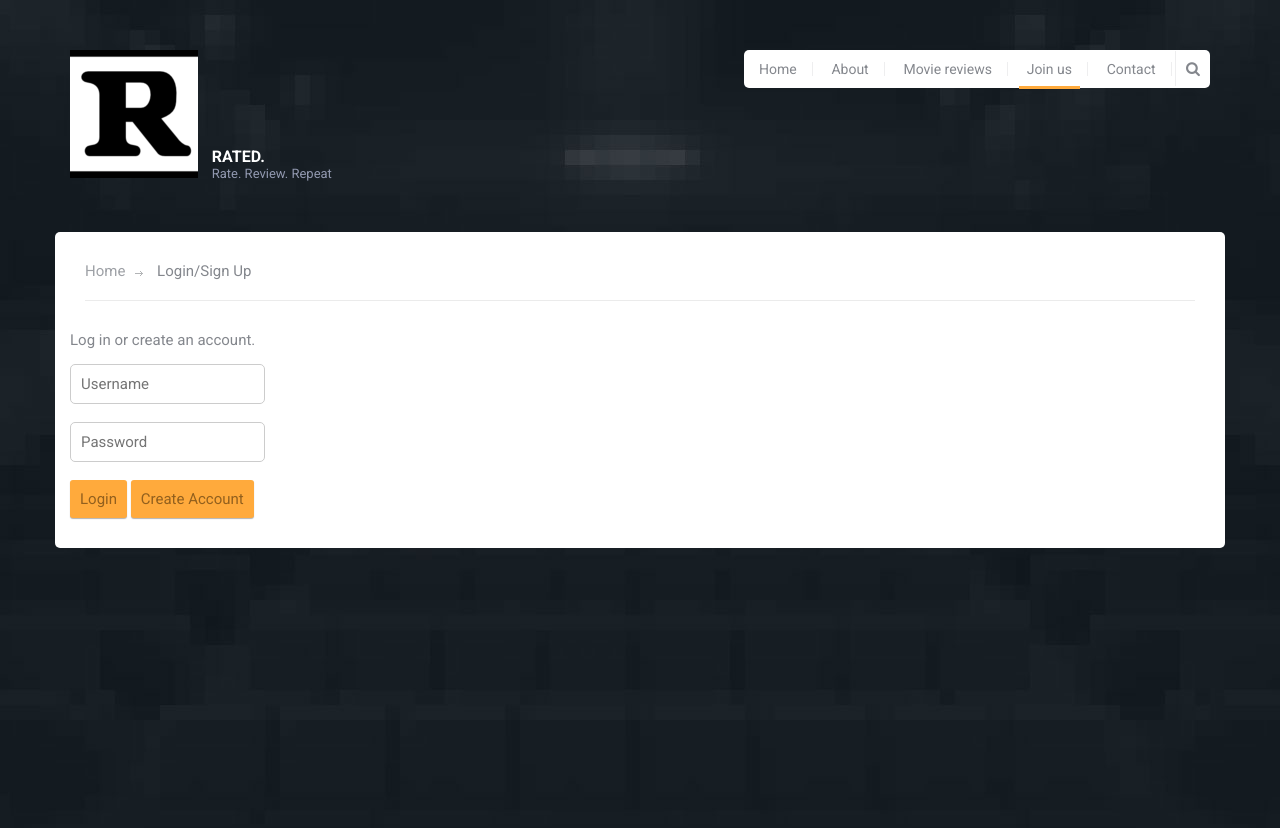
Repository: berliarishabh/CSCI-5448
Page: http://localhost/MovieRatingSystem/joinus.jsp
The author's editor kept a copy of each file at every save. The page is drawn from the files as they stood at one save, then again after the next save.
The browser window is 1280 px wide. The pictures show the whole page.
The page is served by Tomcat 9. Nobody is signed in. The application's start-up code is not run. Other server files are loaded and not shown.

Above is the page before, as saved 2017-04-29 21:46:51.

### MovieRatingSystem/src/main/webapp/joinus.jsp
<%@ page language="java" contentType="text/html; charset=UTF-8" pageEncoding="UTF-8"%>
<%@page isELIgnored="false" %>
<!DOCTYPE html PUBLIC "-//W3C//DTD HTML 4.01 Transitional//EN" "http://www.w3.org/TR/html4/loose.dtd">
<html lang="en">
	<head>
		<meta charset="UTF-8">
		<meta http-equiv="X-UA-Compatible" content="IE=edge">
		<meta name="viewport" content="width=device-width, initial-scale=1.0,maximum-scale=1">

		<title>Movie Review | Join Us</title>

		<!-- Loading third party fonts -->
		<link href="http://fonts.googleapis.com/css?family=Roboto:300,400,700|" rel="stylesheet" type="text/css">
		<link href="fonts/font-awesome.min.css" rel="stylesheet" type="text/css">

		<!-- Loading main css file -->
		<link rel="stylesheet" href="style.css">

		<!--[if lt IE 9]>
		<script src="js/ie-support/html5.js"></script>
		<script src="js/ie-support/respond.js"></script>
		<![endif]-->

	</head>


	<body>


		<div id="site-content">
			<header class="site-header">
				<div class="container">
					<a href="index.html" id="branding">
						<img src="images/logo.png" alt="" class="logo">
						<div class="logo-copy">
							<h1 class="site-title">Rated.</h1>
							<small class="site-description">Rate. Review. Repeat</small>
						</div>
					</a> <!-- #branding -->

					<div class="main-navigation">
						<button type="button" class="menu-toggle"><i class="fa fa-bars"></i></button>
						<ul class="menu">
							<li class="menu-item"><a href="index.html">Home</a></li>
							<li class="menu-item"><a href="about.html">About</a></li>
							<li class="menu-item"><a href="review.html">Movie reviews</a></li>
							<li class="menu-item current-menu-item"><a href="joinus.html">Join us</a></li>
							<li class="menu-item"><a href="contact.html">Contact</a></li>
						</ul> <!-- .menu -->

						<form action="#" class="search-form">
							<input type="text" placeholder="Search...">
							<button><i class="fa fa-search"></i></button>
						</form>
					</div> <!-- .main-navigation -->

					<div class="mobile-navigation"></div>
				</div>
			</header>
			<main class="main-content">
				<div class="container">
					<div class="page">
						<div class="breadcrumbs">
							<a href="index.html">Home</a>
							<span>Login/Sign Up</span>
						</div>

						<div class="content">




								<div class="row" id="content">

						<div class="medium-8 columns">
						<div class="left large-10 columns">

						<div class="col" style="margin-right:25%">
						     <div class="well">
						       <form action="/MovieRatingSystem/login" method="post" class="form-inline">
						         <p>Log in or create an account.</p>
						         <div class="form-group form-space">
						           <input id="username" name="name" type="text" placeholder="Username" required class="form-control">
						         </div>
										 <br>
						         <div class="form-group form-space">
						           <input id="password" name="password" type="password" placeholder="Password" required class="form-control">
						         </div>
										 <br>
						         <div class="form-group form-more-space">
						           <button id="log-in-btn" type="submit" formaction="/MovieRatingSystem/login" class="btn btn-default">Login</button>
						           <button id="new-account-btn" type="submit" formaction="/signup" class="btn btn-default">Create Account</button>
						         </div>
						       </form>
						     </div>
						   </div>
						 </div>
						 </div>
							</div>
						</div>
					</div>

				</div> <!-- .container -->
			</main>
			<footer class="site-footer">
				<div class="container">
					<div class="row">




					</div> <!-- .row -->

					<div class="row">
							<br>
							<br>
							<br>
							<br>
							<br>
							<br>
						</div>
						<div class="row">
								<br>
								<br>
								<br>
								<br>

							</div>
				</div> <!-- .container -->

			</footer>
		</div>
		<!-- Default snippet for navigation -->



		<script src="js/jquery-1.11.1.min.js"></script>
		<script src="js/plugins.js"></script>
		<script src="js/app.js"></script>

	</body>

</html>

Loaded but not shown: MovieRatingSystem/src/main/webapp/fonts/font-awesome.min.css (library); MovieRatingSystem/src/main/webapp/js/jquery-1.11.1.min.js (library); MovieRatingSystem/src/main/webapp/js/plugins.js (library); MovieRatingSystem/src/main/webapp/js/app.js (45 lines, source omitted); MovieRatingSystem/src/main/webapp/style.css (1751 lines, source omitted)

After the next save:
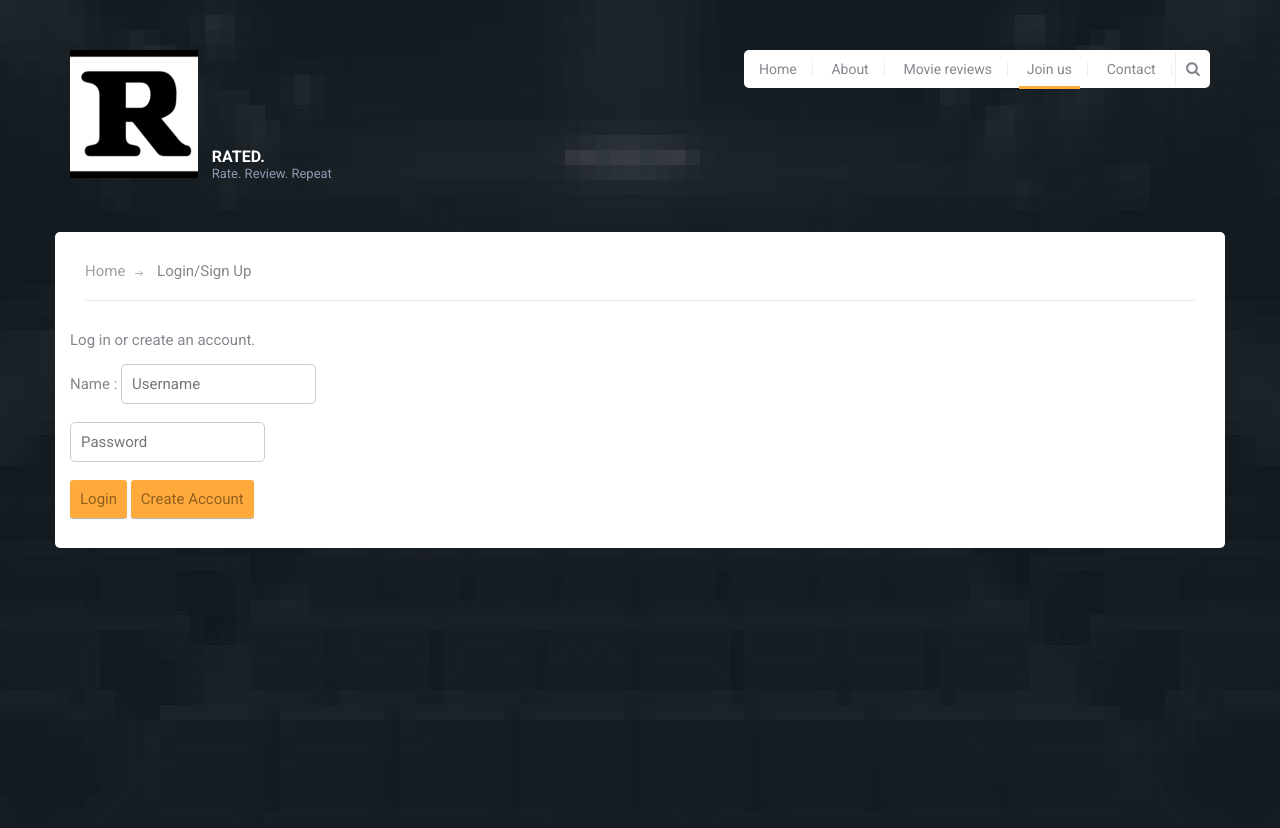
Saved 96 s later.
--- a/MovieRatingSystem/src/main/webapp/joinus.jsp
+++ b/MovieRatingSystem/src/main/webapp/joinus.jsp
@@ -80,7 +80,7 @@
 						       <form action="/MovieRatingSystem/login" method="post" class="form-inline">
 						         <p>Log in or create an account.</p>
 						         <div class="form-group form-space">
-						           <input id="username" name="name" type="text" placeholder="Username" required class="form-control">
+						           Name : <input id="username" name="name" type="text" placeholder="Username" required class="form-control">
 						         </div>
 										 <br>
 						         <div class="form-group form-space">
